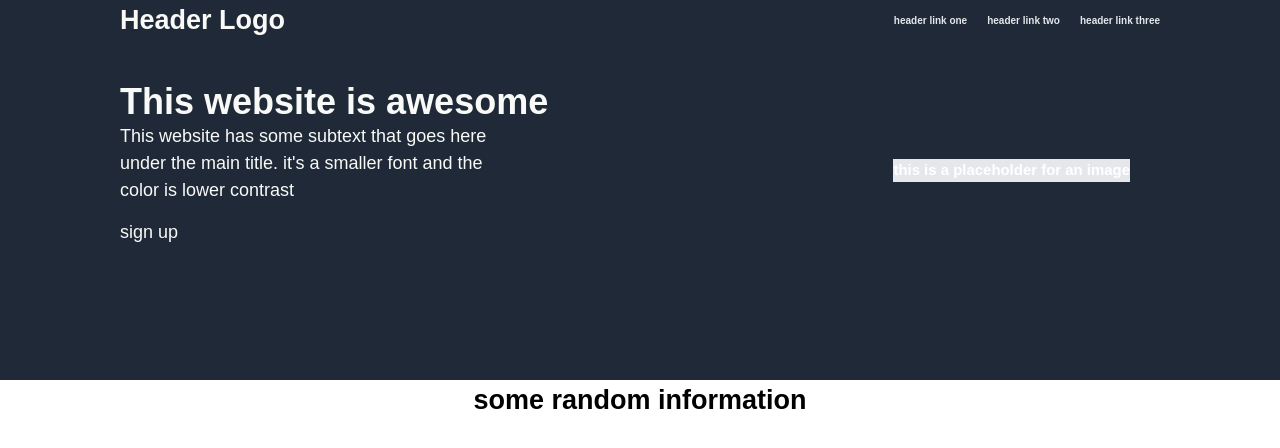
Repository: Grace561/css-exercises
Page: index.html
An editor plug-in stored every save of this project. The page is shown before and after the next save, followed by the edit.
The browser window is 1280 px wide. The pictures show the whole page.

Above is the page before, as saved 2025-04-18 02:26:58.

### index.html
<!DOCTYPE html>
<html lang="en">
<head>
    <meta charset="UTF-8">
    <meta name="viewport" content="width=device-width, initial-scale=1.0">
    <link rel="stylesheet" href="style.css">
    <title>Landing-Page</title>
</head>
<body>
   <nav class="navbar">
    <div class="container">
        <div class="Logo"><h2>Header Logo</h2></div>
        <ul class="nav">
           <li>
            <a href="#"><h4>header link one</h4></a>
           </li>
           <li>
            <a href="#"><h4>header link two</h4></a>
           </li>
           <li>
            <a href="#"><h4>header link three</h4></a>
           </li>
        </ul>
    </div>
   </nav>

   <header class="header">
    <div class="container">
        <div>
            <h1>This website is awesome</h1>
            <p>
                This website has some subtext that goes here under the
                main title. it's a smaller font and the color is lower
                contrast
            </p>
            <p>
                sign up
            </p>
        </div>
        <div class="boxes">
           <div class="container">
                <div class="box">
            <h5>this is a placeholder for an image</h5>
        </div>
   </header>
   <section class="boxes">
    <div class="container">
        <div class="box">
          <h2>some random information</h2>
        </div>
    </div>
   </section>
</body>
</html>

### style.css
*{
    box-sizing: border-box;
    margin: 0;
    padding: 0;
}

body{
    font-family: 'poppins',sans-serif;
    font-size: 18px;
    line-height: 1.5;
    color: #000;
    background:#ffff;
}
p{
    margin-bottom: 15px;
}

ul{
    list-style: none;
}

.container{
    max-width: 1100px;
    margin: 0 auto;
    padding: 0 30px;
}
.navbar{
    background:#1f2937;
    color:#f9faf8;
    height: 80px;
}
h3.Logo{
    font-size: 24px;
    font-weight:bold;

}

a{
    color:#e5e7eb;
    text-decoration: none;
    font-size: x-small;

}
.container{
    display: flex;
    justify-content: space-between;
    align-items: center;

}

ul{
    display: flex
}
ul li {
    margin-left: 20px;
}
.header{
    background-color:#1f2937;
    color:#f9faf8;
    min-height: 300px;
}

.header h1{
    font: weight 3rem;
    font-weight: 900;
    line-height: 1.2;
}

.header p{
    max-width: 400px;
}
.container{
    display: flex;
    align-items:center;
    justify-content: space-between;
}
.box.container{
    display: flex;
    justify-content: space-between;
}
.box h5{
    flex: 1;
    background:#e5e7eb;
    color:#ffff;


}
.boxes .container{
    display: flex;
    font-weight: 900;
    justify-content: center;

}

After the next save:
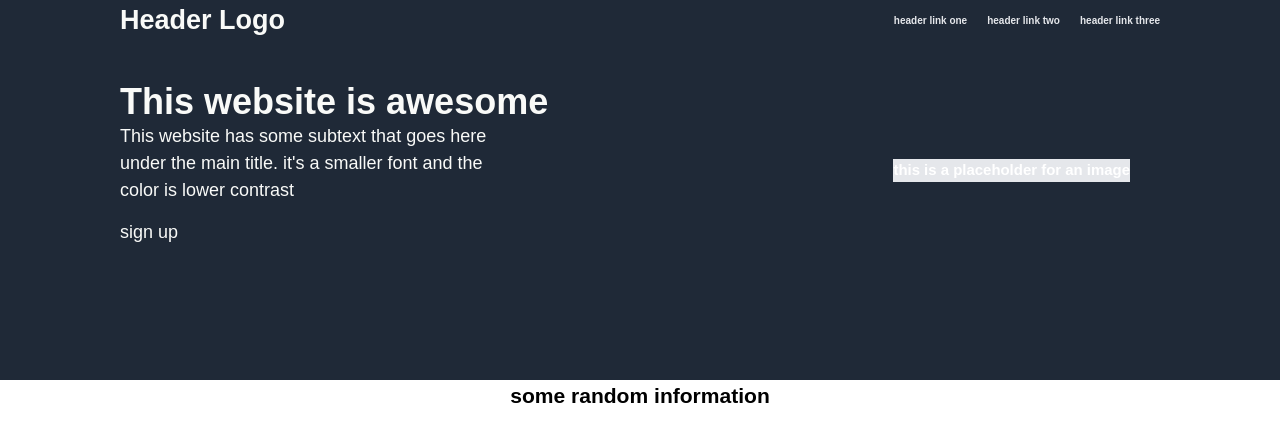
Saved 62 s later.
--- a/index.html
+++ b/index.html
@@ -46,7 +46,7 @@
    <section class="boxes">
     <div class="container">
         <div class="box">
-          <h2>some random information</h2>
+          <h3>some random information</h2>
         </div>
     </div>
    </section>
